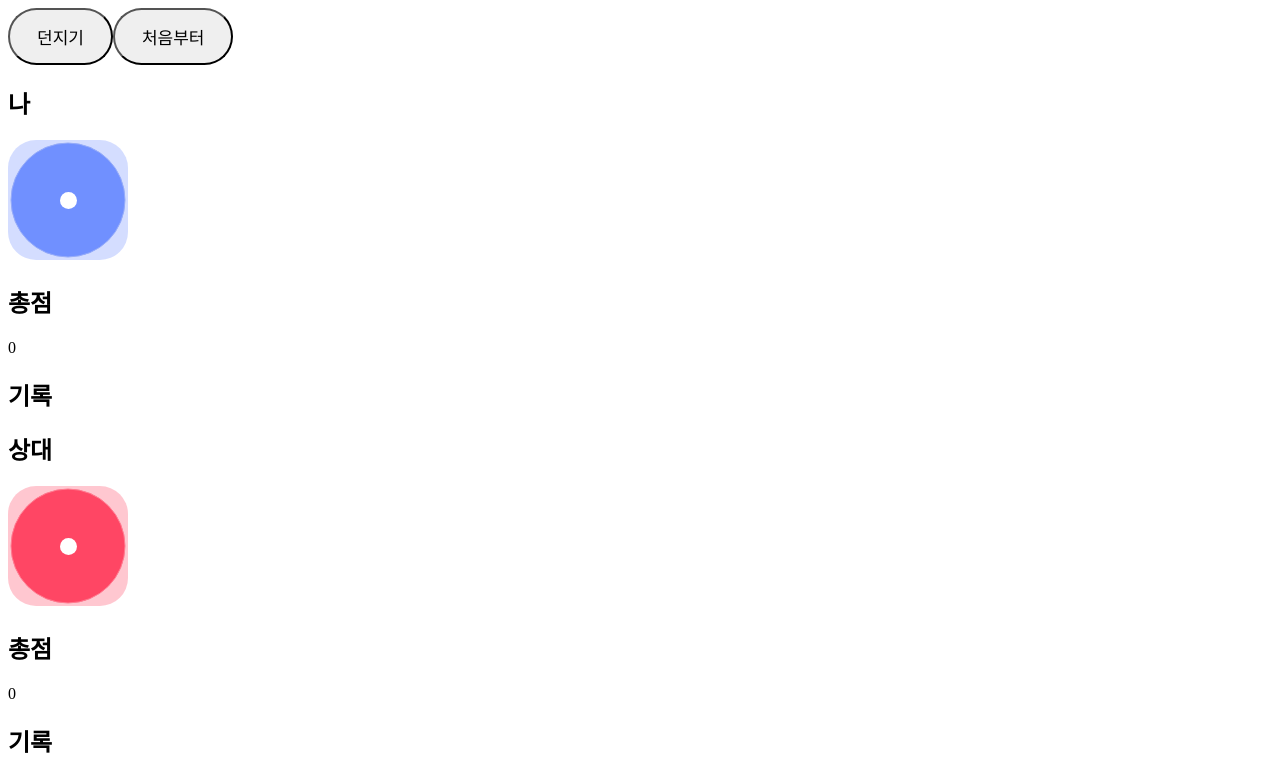
Repository: songjiwon17/React_study
Page: /
The author's editor kept a copy of each file at every save. The page is drawn from the files as they stood at one save, then again after a run of saves.
The browser window is 1280 px wide. The pictures show the whole page.
The project was rebuilt for these pictures with package versions that can differ from the ones it lists, and the page was loaded fresh each time.

Above is the page before, as saved 2023-09-16 20:35:26.

After the next 3 saves:
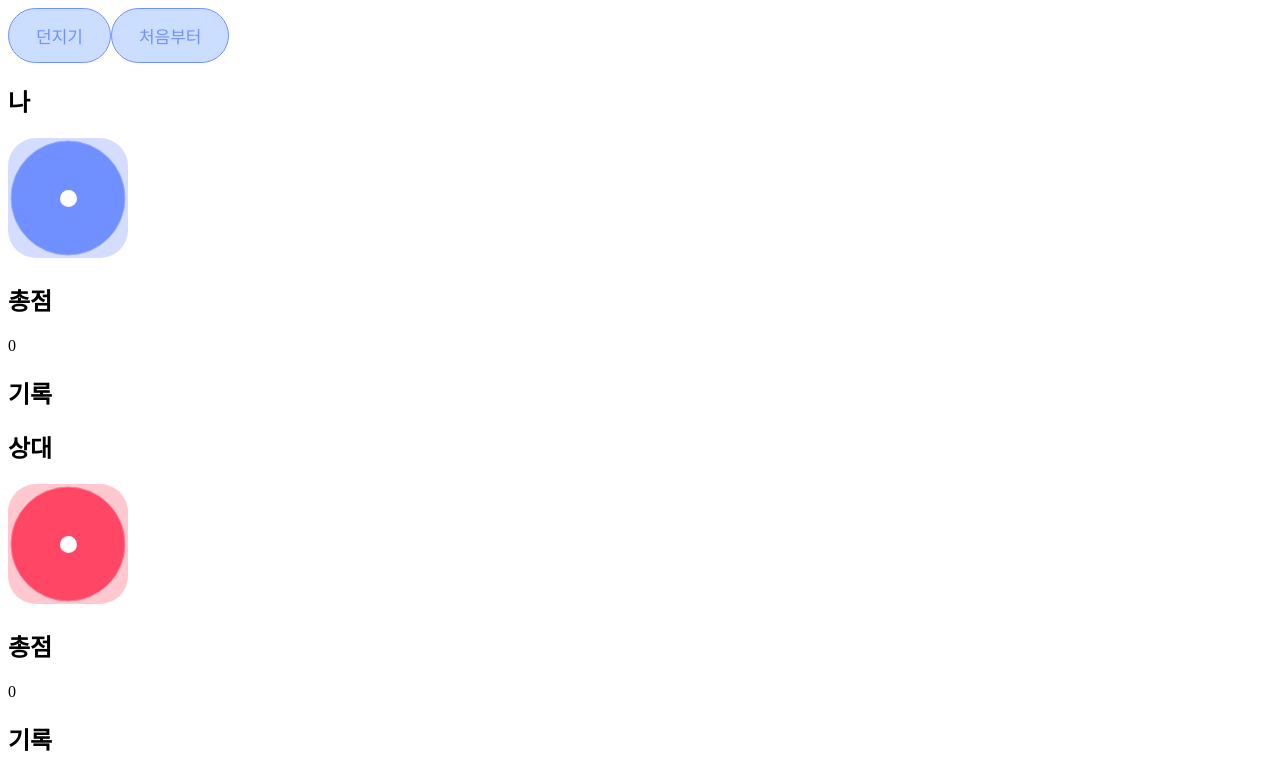
The 3 saves are shown as one change because 1 did not build or start and some came seconds apart.
The last was saved 97 s later.
--- a/src/Button.js
+++ b/src/Button.js
@@ -20,7 +20,8 @@ const redButtonStyle = {
     color: '#ff4664'
 }
 
-function Button({children ,onClick}){
-    return <button style={baseButtonStyle} onClick={onClick}>{children}</button>
+function Button({children ,onClick, color}){
+    const style = color === 'red' ? redButtonStyle : blueButtonStyle;
+    return <button style={style} onClick={onClick}>{children}</button>
 }
 export default Button;
